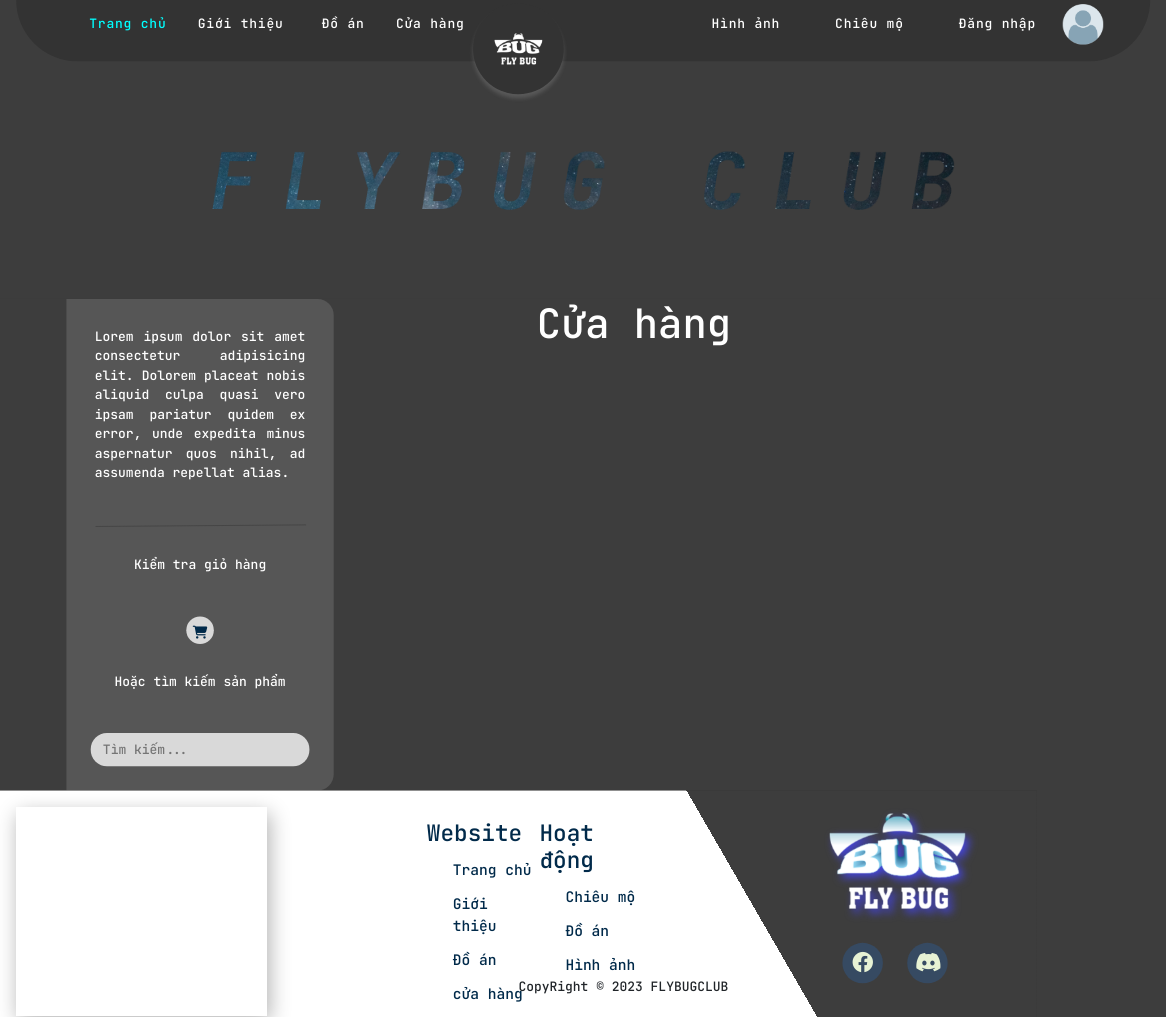
Repository: NQD2308/FlyBugClub_WebApp
Page: PROJECT FLYNUG/html/store.html
An editor plug-in stored every save of this project. The page is shown before and after the next save, followed by the edit.
The browser window is 1280 px wide. The page is 1440 px wide, so the pictures cover 1440 px, including what lies to the right of the window. The pictures show the whole page, at 81% of full size.
Pictures or frames that could not be fetched are drawn as grey boxes.

Above is the page before, as saved 2023-09-18 10:18:15.

After the next save:
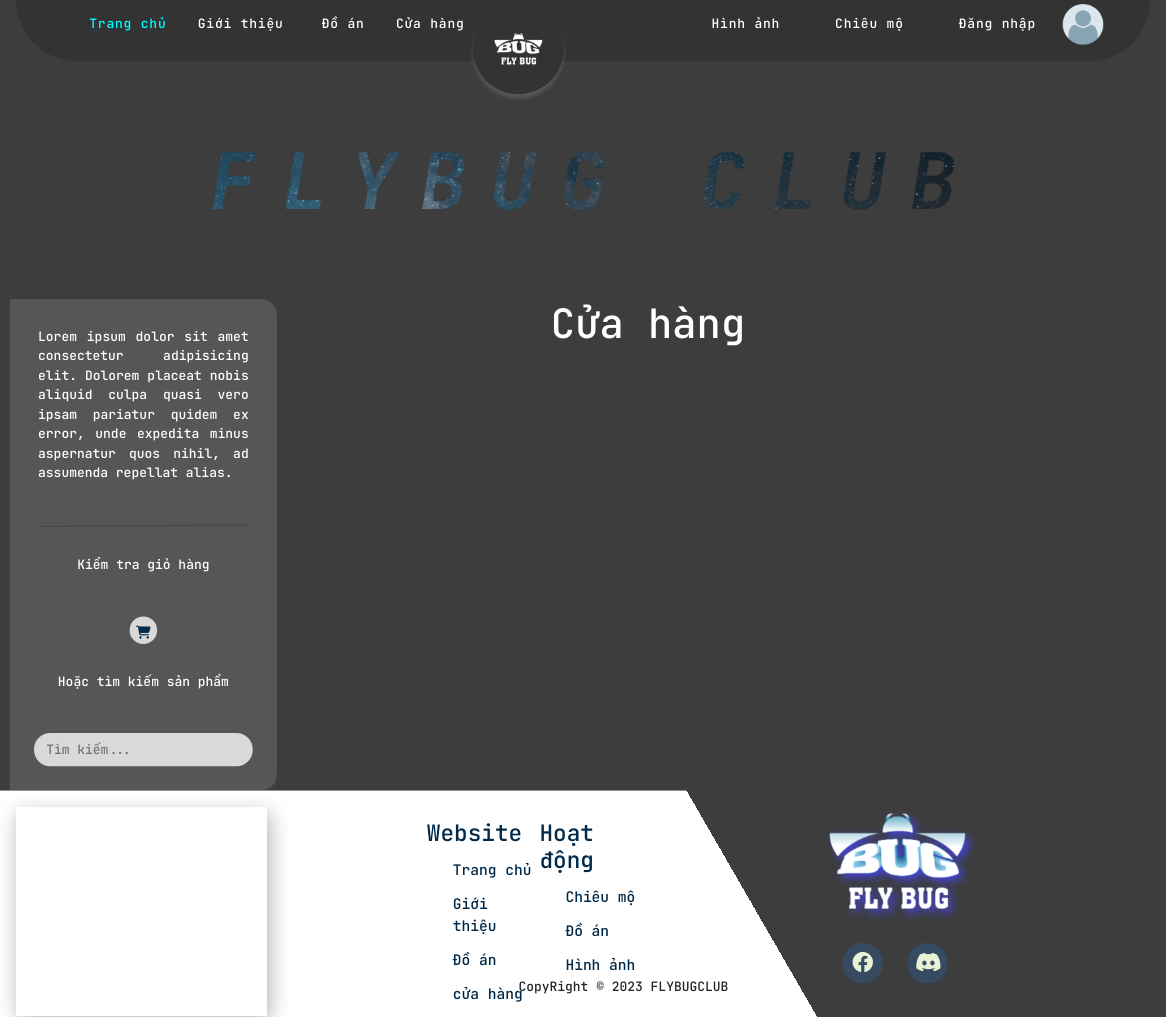
Saved 99 s later.
--- a/PROJECT FLYNUG/css/style.css
+++ b/PROJECT FLYNUG/css/style.css
@@ -128,6 +128,9 @@
 section.body .left{
     /* margin-left: -72px; */
 }
+section.body .container{
+    max-width: 1440px;
+}
 
 section.body .search{
     width: 330px;
